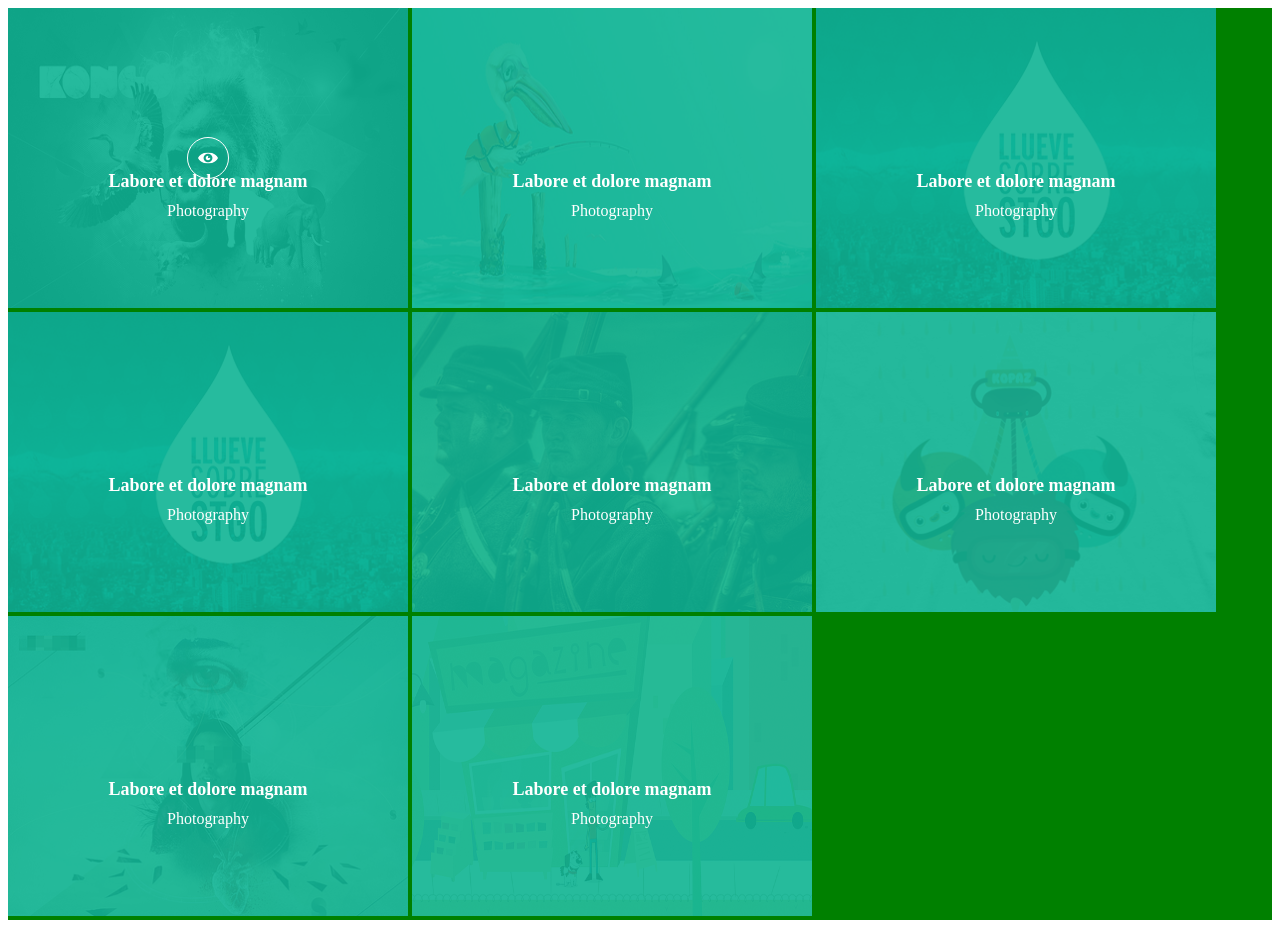
Repository: iravakilova/Brandi
Page: app/works.html
The author's editor kept a copy of each file at every save. The page is drawn from the files as they stood at one save, then again after the next save.
The browser window is 1280 px wide. The pictures show the whole page.

Above is the page before, as saved 2020-02-16 21:58:16.

After the next save:
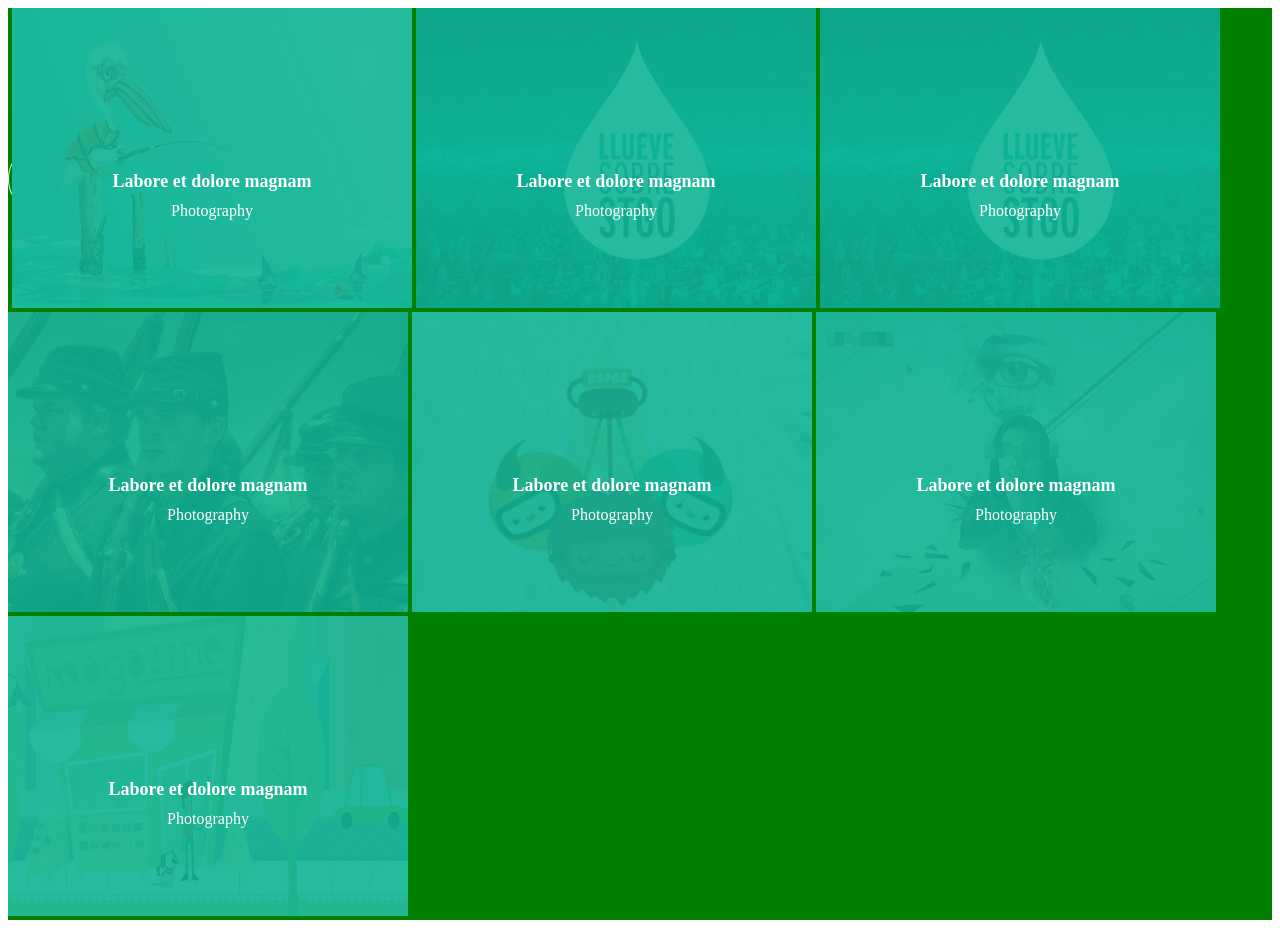
Saved 56 s later.
--- a/app/works.html
+++ b/app/works.html
@@ -28,6 +28,13 @@
         height: 300px;
         display: block;
     }
+    .box{
+        position: absolute;
+        top: 50%;
+        left: 50%;
+        margin-right: -50%;
+        transform: translate(-50%, -50%);
+    }
     .ladore{
         opacity: 1;
         position: absolute;
@@ -47,11 +54,7 @@
         padding: 14px 10px;
         border: 1px solid #fff;
         border-radius: 50%;
-        position: absolute;
-        top: 50%;
-        left: 50%;
-        margin-right: -50%;
-        transform: translate(-50%, -50%);
+
     }
     .ladore__title{
         padding-top: 163px;
@@ -93,7 +96,7 @@
     <div class="gallery">
         <ul>
             <li>
-                <!-- <div class="box"> -->
+                <div class="box">
                     <div class="ladore">
                         <div class="ladore__img">
                             <img src="./img/eye.png" alt="">
@@ -102,7 +105,7 @@
                         <p class="ladore__descr">Photography</p>
                     </div>
                     <img src="./img/works-1.png" alt="">
-                <!-- </div> -->
+                </div>
 
             </li>
             <li>

After the save that followed:
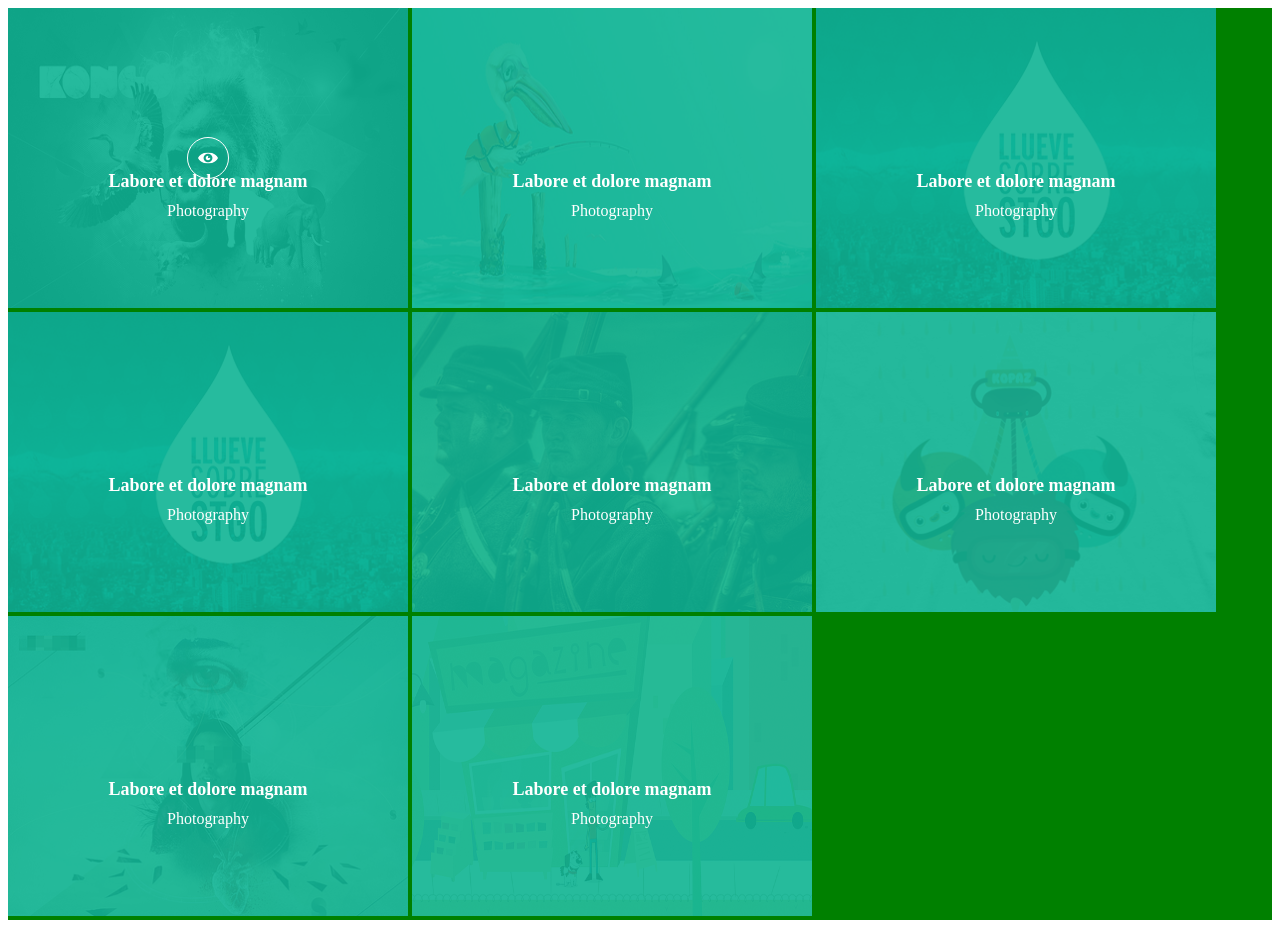
Saved 18 s later.
--- a/app/works.html
+++ b/app/works.html
@@ -28,13 +28,6 @@
         height: 300px;
         display: block;
     }
-    .box{
-        position: absolute;
-        top: 50%;
-        left: 50%;
-        margin-right: -50%;
-        transform: translate(-50%, -50%);
-    }
     .ladore{
         opacity: 1;
         position: absolute;
@@ -54,7 +47,11 @@
         padding: 14px 10px;
         border: 1px solid #fff;
         border-radius: 50%;
-
+        position: absolute;
+        top: 50%;
+        left: 50%;
+        margin-right: -50%;
+        transform: translate(-50%, -50%);
     }
     .ladore__title{
         padding-top: 163px;
